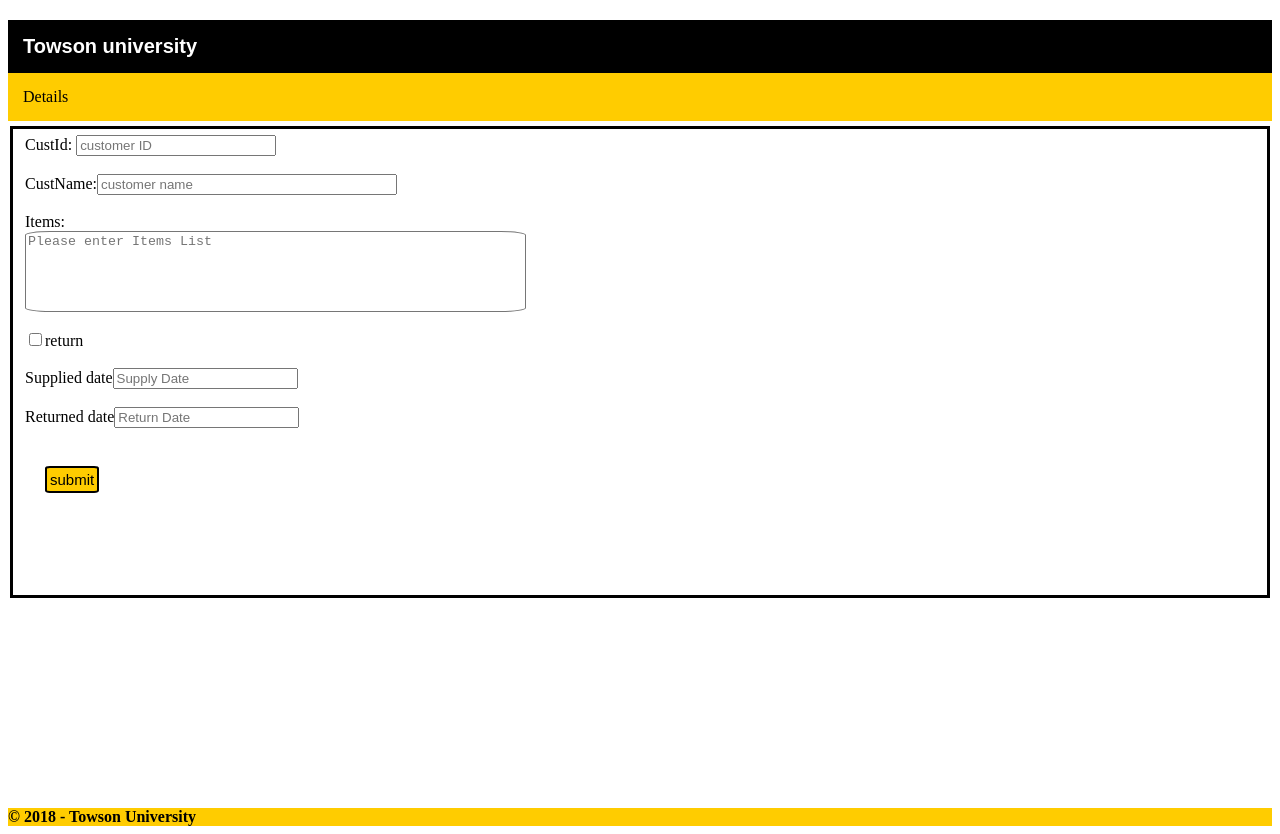
Repository: DatabaseCOSC578/eclipse-workspace11
Page: http://localhost/Supervisor/Supervisor.jsp
An editor plug-in stored every save of this project. The page is shown before and after the next save, followed by the edit.
The browser window is 1280 px wide. The pictures show the whole page.
The page is served by Tomcat 9.

Above is the page before, as saved 2018-04-15 16:40:32.

After the next save:
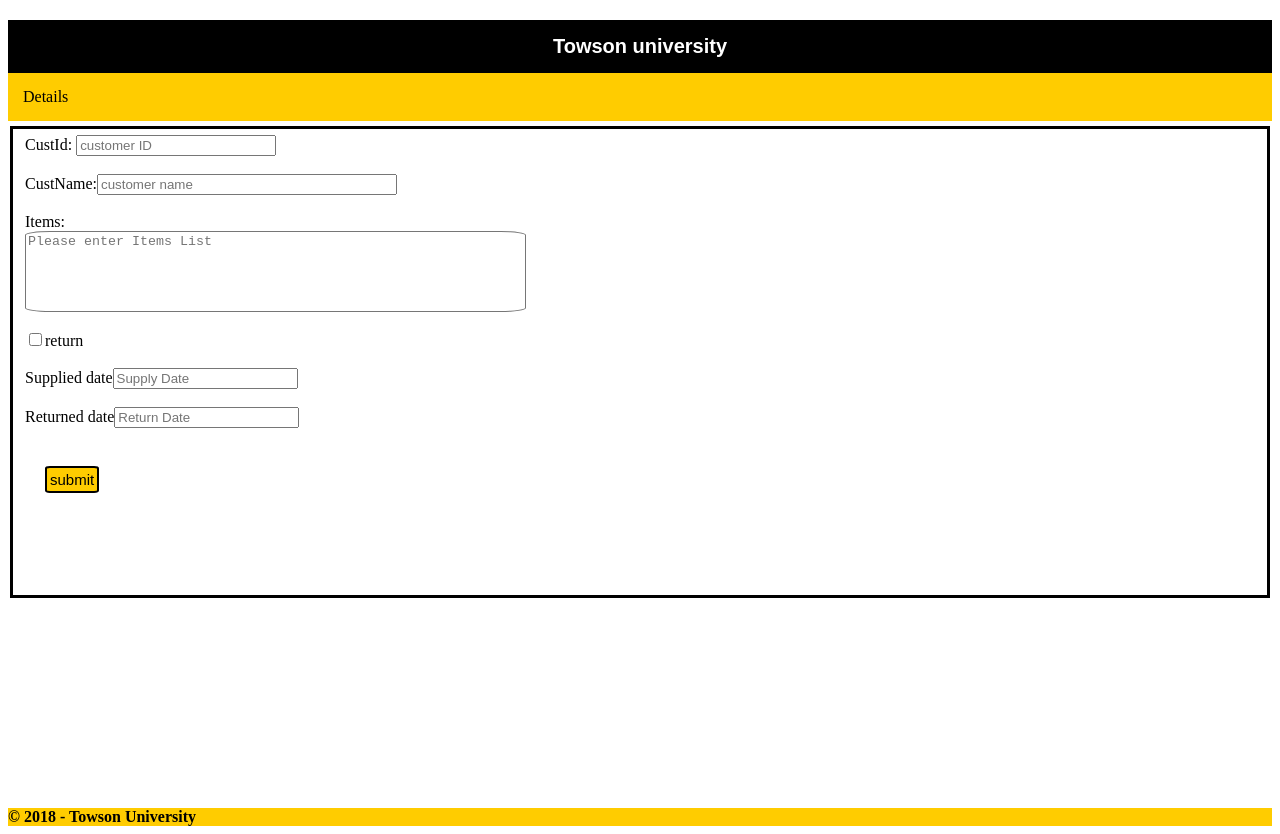
Saved 14 min 0 s later.
--- a/Supervisor/WebContent/Supervisor.jsp
+++ b/Supervisor/WebContent/Supervisor.jsp
@@ -3,7 +3,7 @@
     <link href="css/layout1.css" rel="stylesheet">
 </head>
 <body>
-<header>Towson university</header>
+<header><center>Towson university</center></header>
 <form name="inputdetails" action="store" method="post" id="form1">
 <p>Details</p>
 <fieldset>
